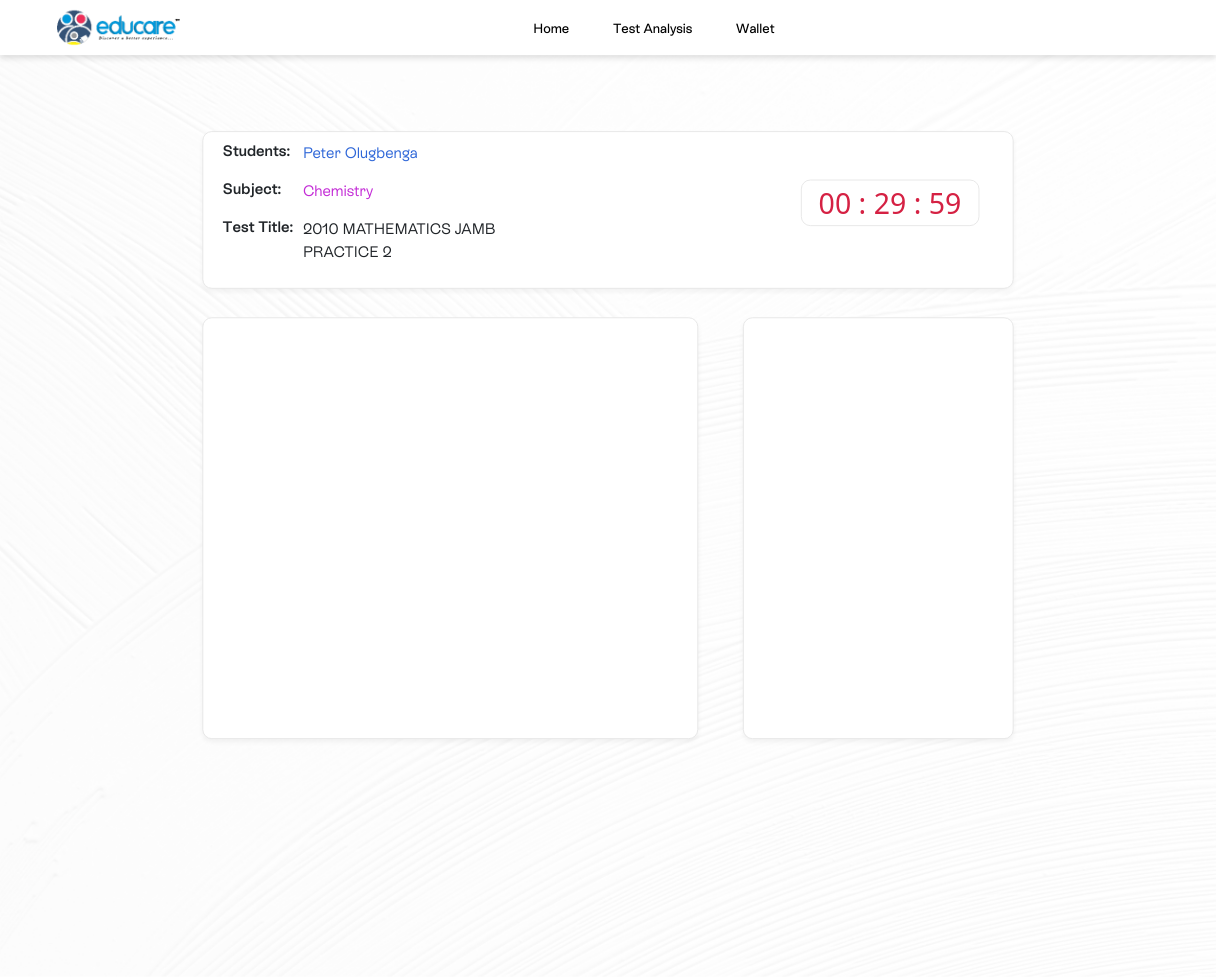
Repository: sarahnnanyelugo/educare-cbt
Page: /questions-dashboard
These files come from the project's save history. The page is drawn as it stood at one moment and after the next save; the edit follows.
The browser window is 1280 px wide. The pictures show the whole page, at 95% of full size.
The project was rebuilt for these pictures with package versions that can differ from the ones it lists, and the page was loaded fresh each time. Also part of the build but not shown: src/components/Form/Form.js, src/pages/AuthenticationPage/auth.scss, src/pages/AuthenticationPage/AuthenticationPage.js, src/components/TestModal/test-modal.scss, src/components/TestModal/TestModal.js, src/components/Exams/Exams.js, src/TestData/examsData.js, src/TestData/questionsData.js and 5 more. Imported but missing from the stored project, and not drawn on this page: src/components/Form/Password, src/components/GoogleButton/GoogleButton.

Above is the page before, as saved 2023-11-06 09:29:47.

After the next save:
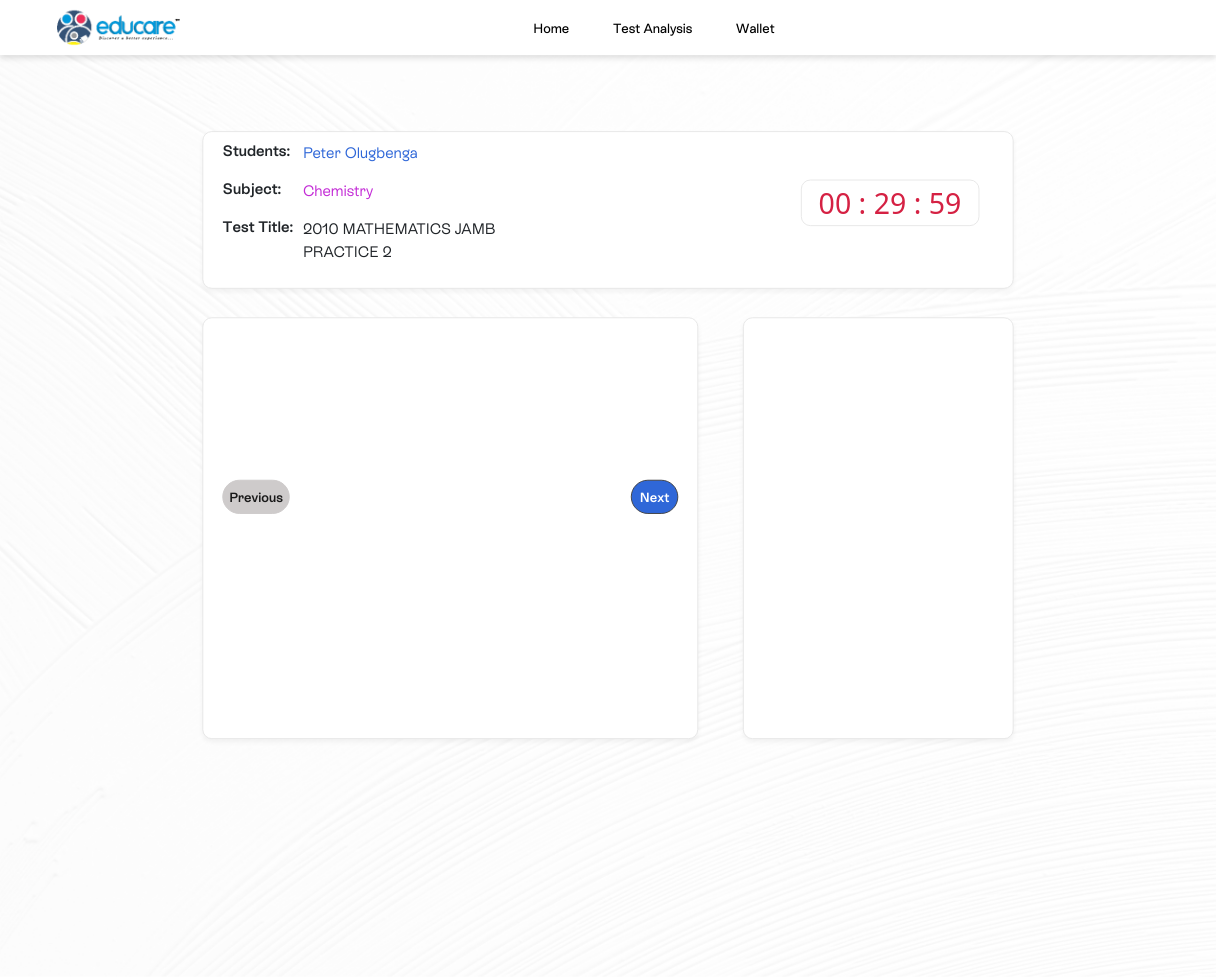
Saved 22 s later.
--- a/src/pages/Question/QuestionsDashboard.js
+++ b/src/pages/Question/QuestionsDashboard.js
@@ -32,7 +32,12 @@ export const QuestionsDashboard = () => {
         <div className="col-md-8 offset-md-2 flexy">
           {" "}
           <div className="col-md-8 ">
-            <div className="col-md-11  instructions"></div>
+            <div className="col-md-11  instructions">
+              <div className="flexy mt">
+                <button className="previous-btn">Previous</button>
+                <button className="next-btn offset-md-9">Next</button>
+              </div>
+            </div>
           </div>
           <div className="col-md-4 instructions"></div>
         </div>
